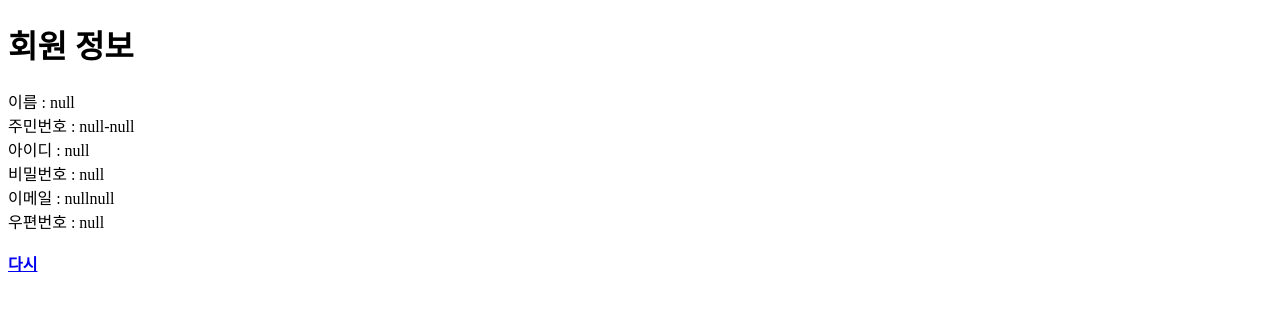
Repository: jsunnypi/JSP
Page: http://localhost/Test/inputlist.jsp
These files come from the project's save history. The page is drawn as it stood at one moment and after a run of saves; the edit follows.
The browser window is 1280 px wide. The pictures show the whole page.
The page is served by Tomcat 9.

Above is the page before, as saved 2024-11-14 05:58:33.

After the next 2 saves:
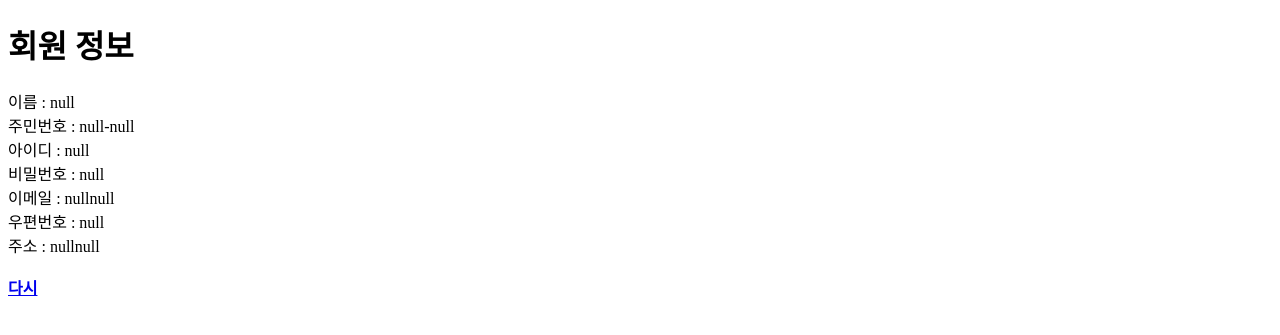
The 2 saves are shown as one change because they came seconds apart.
The last was saved 79 s later.
--- a/Test/src/main/webapp/inputlist.jsp
+++ b/Test/src/main/webapp/inputlist.jsp
@@ -31,7 +31,9 @@
 		String pn = request.getParameter("postnumber");
 		out.print("우편번호 : " + pn + "<br>");
 
-
+		String addr = request.getParameter("addr");
+		String addr2 = request.getParameter("addr2");
+		out.print("주소 : " + addr + addr2 + "<br>");
 
 
 
